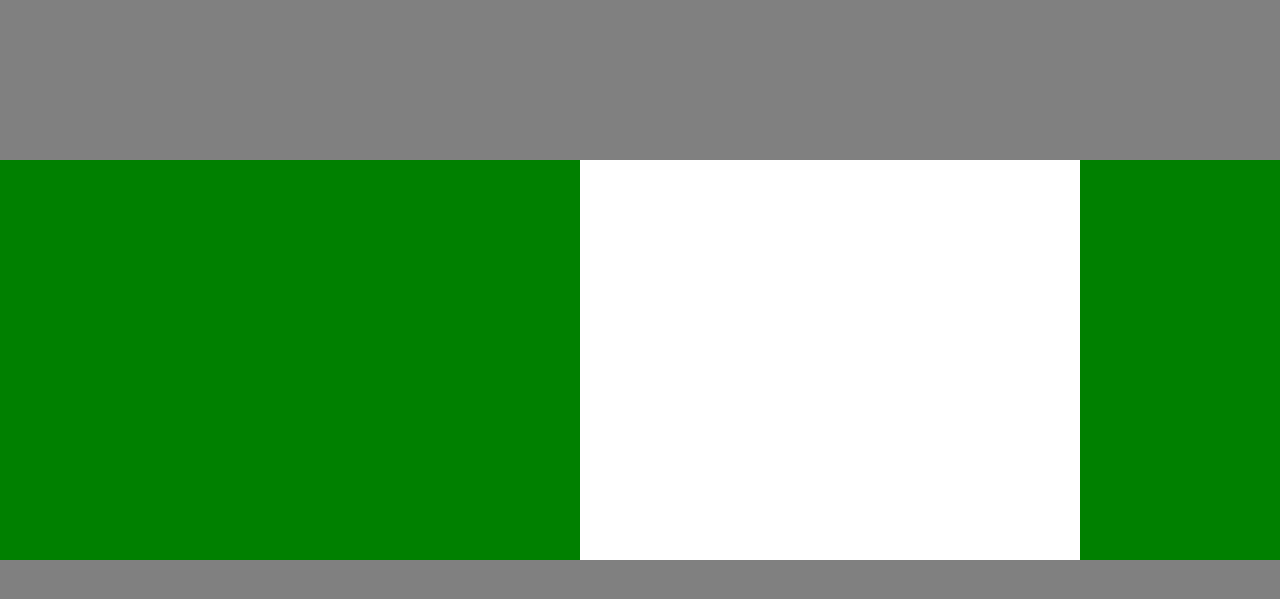
Repository: lihaitao123321/vue-demo-1
Page: /
These files come from the project's save history. The page is drawn as it stood at one moment and after the next save; the edit follows.
The browser window is 1280 px wide. The pictures show the whole page.
The project was rebuilt for these pictures with package versions that can differ from the ones it lists, and the page was loaded fresh each time.

Above is the page before, as saved 2021-12-20 10:42:42.

After the next save:
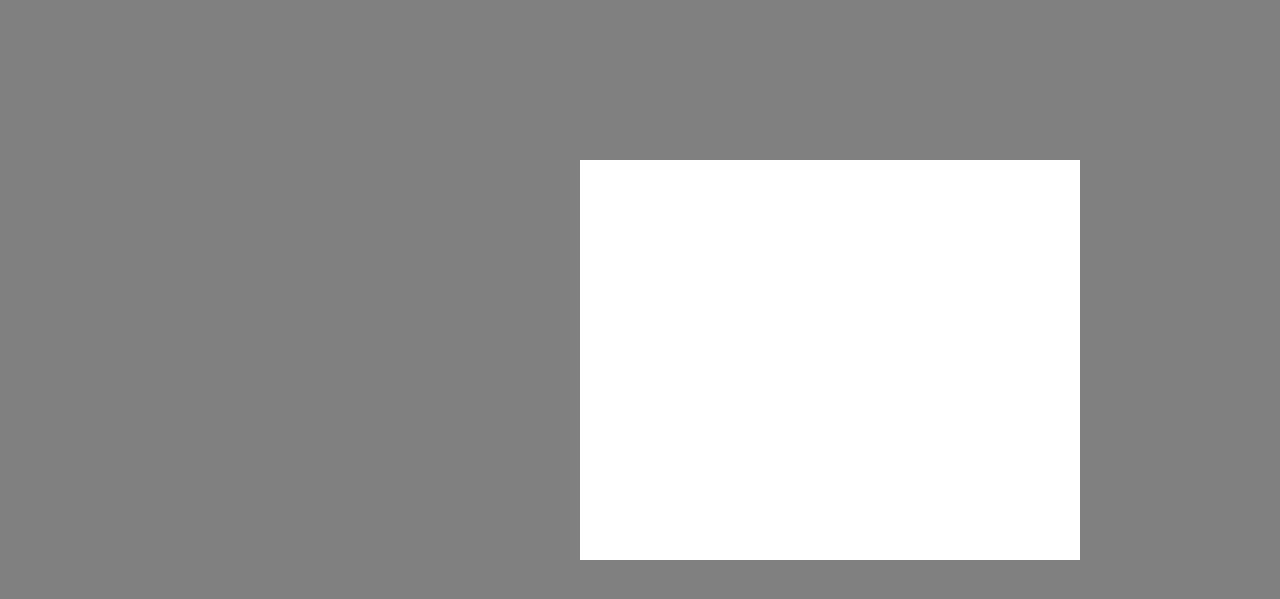
Saved 10 s later.
--- a/src/App.vue
+++ b/src/App.vue
@@ -60,7 +60,6 @@ body {
   display: flex;
   justify-content: flex-end;
   width: 100%;
-  background-color: green;
 }
 .content {
   width: 500px;
